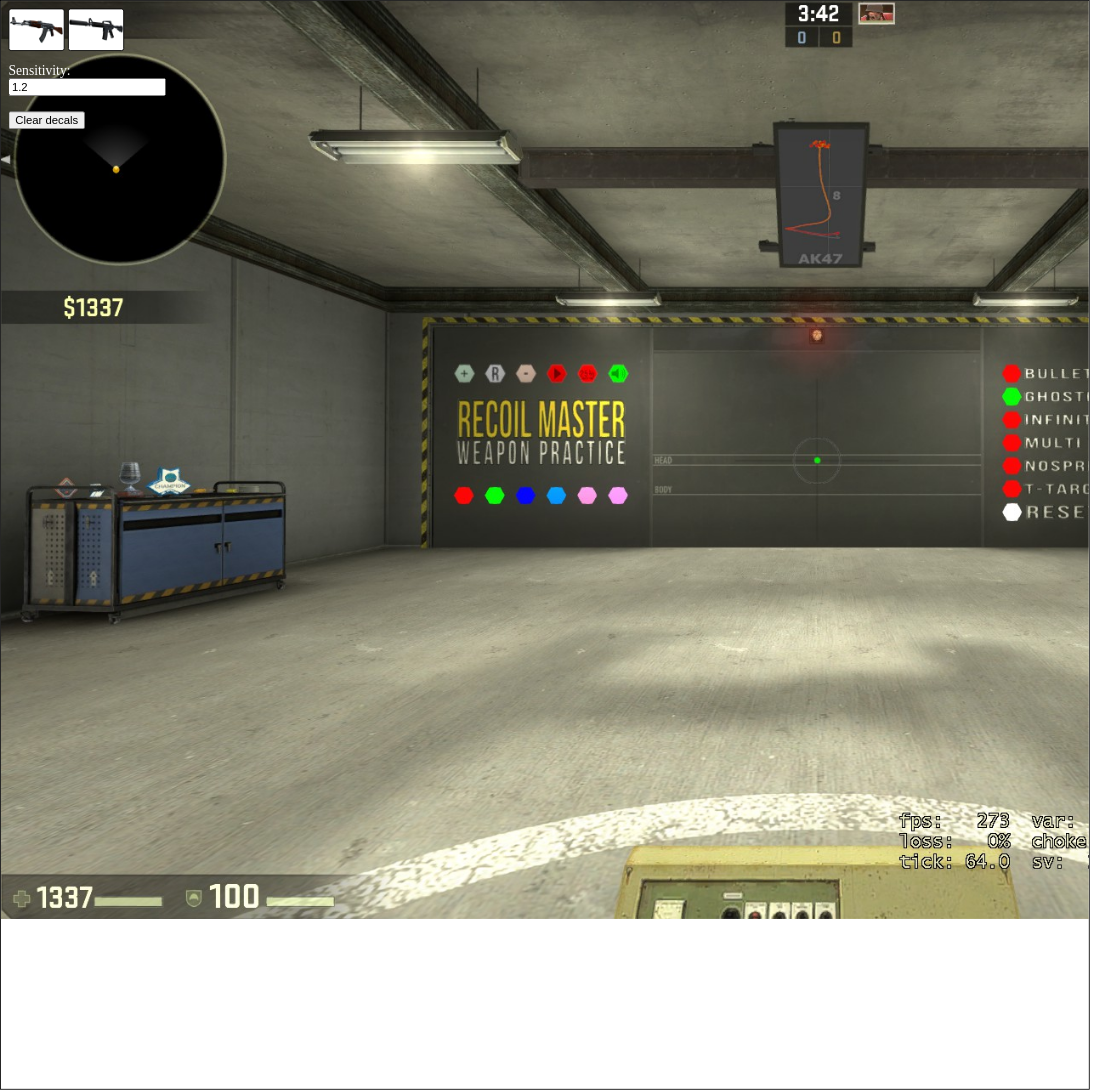
Repository: JerAguilon/GunSprayer
Page: Eclipse/SprayAndPray/index.html
An editor plug-in stored every save of this project. The page is shown before and after the next save, followed by the edit.
The browser window is 1280 px wide. The page is 1290 px wide, so the pictures cover 1290 px, including what lies to the right of the window. The pictures show the whole page, at 85% of full size.
After loading, the first visible `button` was clicked once.

Above is the page before, as saved 2015-08-01 09:37:25.
Console error: ReferenceError: clearDecals is not defined

After the next save:
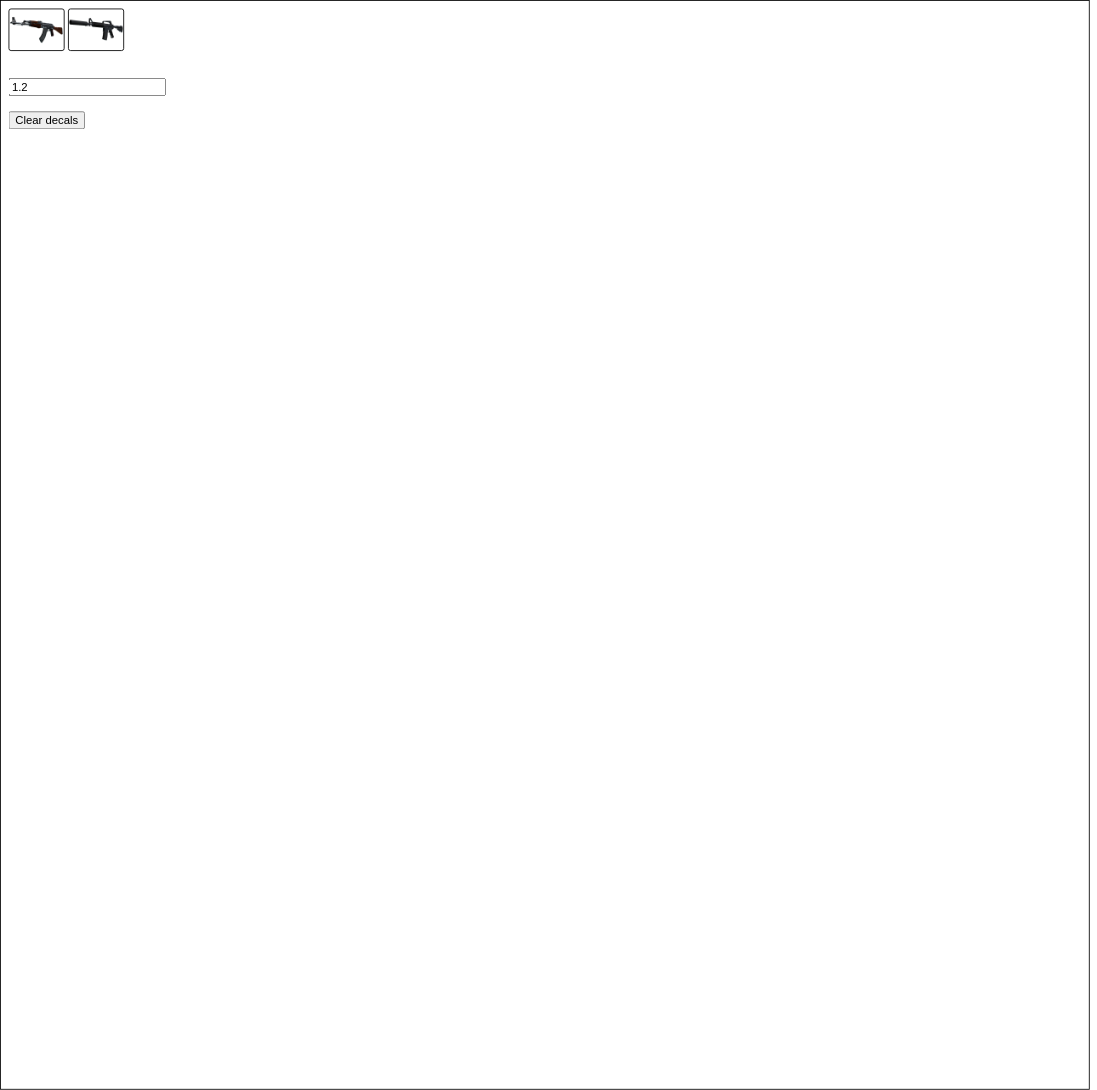
The error is gone.
Saved 62 s later.
--- a/Eclipse/SprayAndPray/js/main.js
+++ b/Eclipse/SprayAndPray/js/main.js
@@ -13,7 +13,17 @@ function make_base(){
 	}
 }
 
+function clearDecals(){
+	// Store the current transformation matrix
+	context.save();
 
+	// Use the identity matrix while clearing the canvas
+	context.setTransform(1, 0, 0, 1, 0, 0);
+	context.clearRect(0, 0, canvas.width, canvas.height);
+
+	// Restore the transform
+	context.restore();
+}
 
 //gun data
 var ak = [[0,0],[-2,0],[-18,1],[-19,2],[-29,3],[-43,3],[-58,7],[-71,11],[-79,10],[-86,4],
